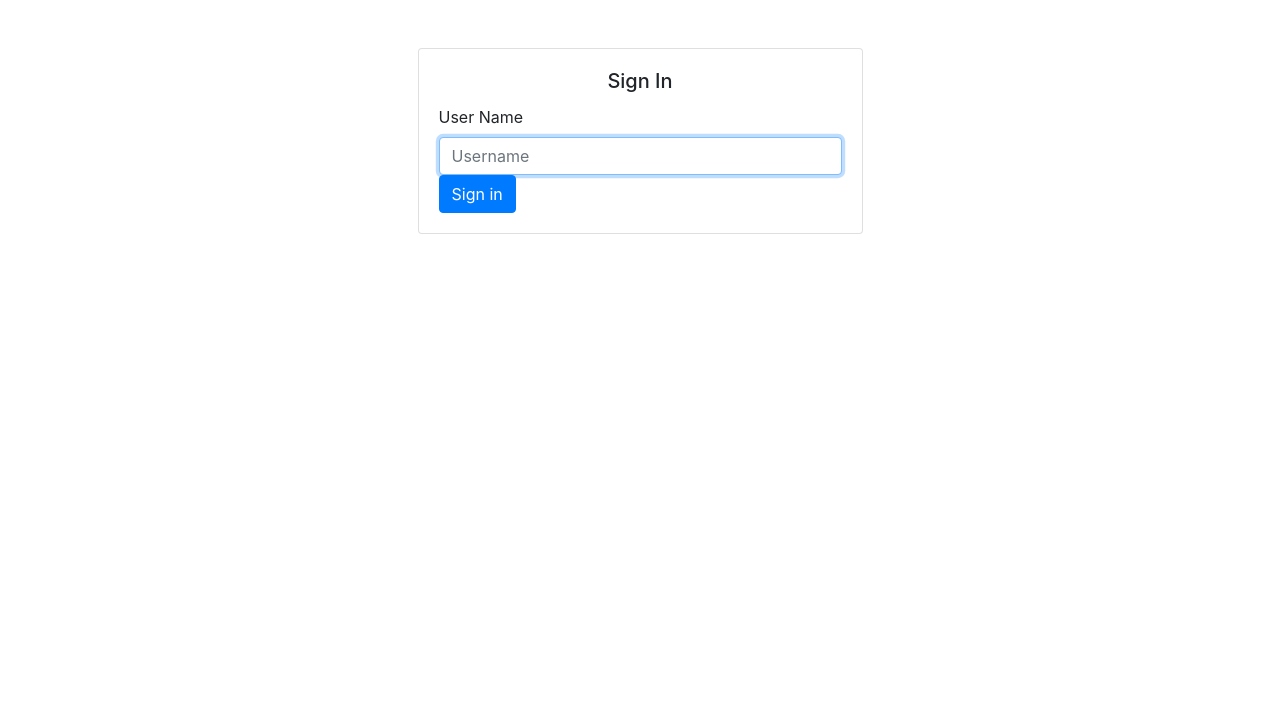
Repository: pravinsakthivel/ecommerce
Page: /
These files come from the project's save history. The page is drawn as it stood at one moment and after the next save; the edit follows.
The browser window is 1280 px wide. The pictures show the whole page.
The project was rebuilt for these pictures with package versions that can differ from the ones it lists, and the page was loaded fresh each time. Also part of the build but not shown: src/components/ProductItem.vue, src/components/UI/ShoppingCartIcon.vue, src/components/UI/NavigationBar.vue, src/components/UI/SearchBar.vue, src/components/ProductDescriptionModal.vue, src/components/ProductList.vue, src/components/PayPalComponent.vue, src/components/PaymentDetails.vue and 5 more.

Above is the page before, as saved 2021-04-10 20:50:55.

After the next save:
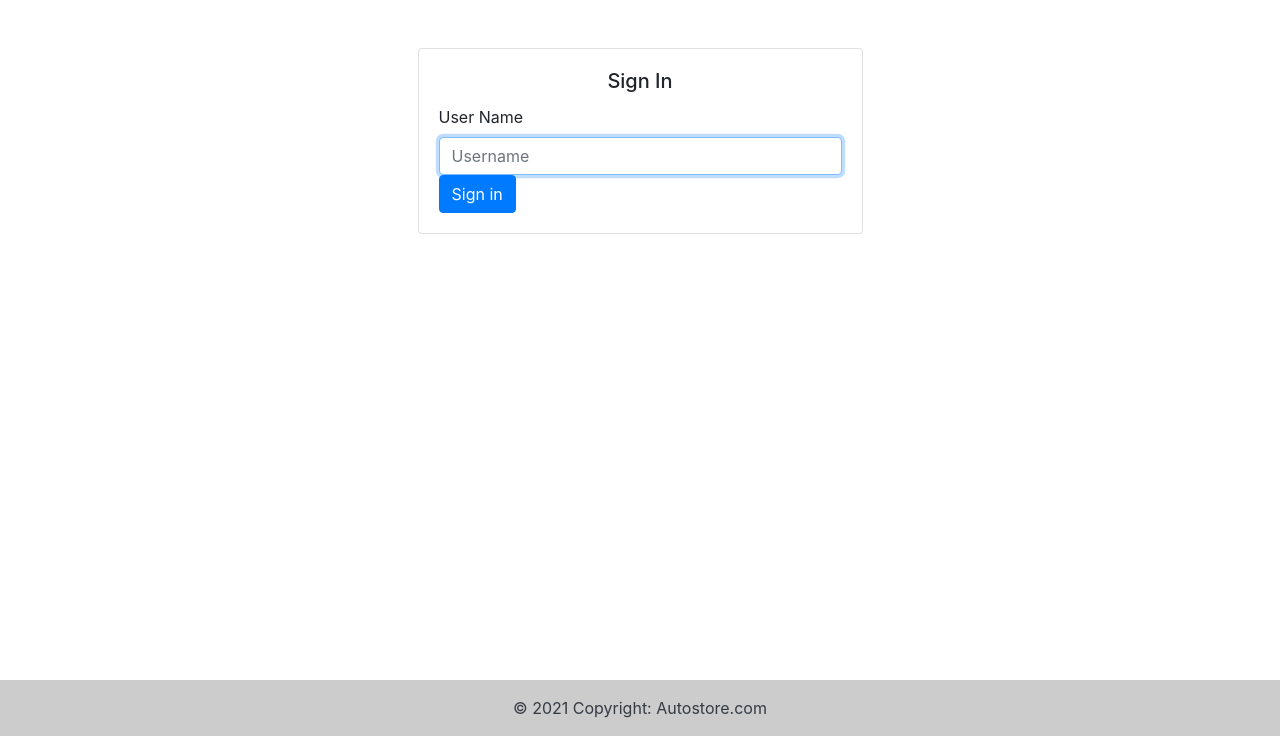
Saved 9 s later.
--- a/public/index.html
+++ b/public/index.html
@@ -40,7 +40,12 @@
       <div id="content-wrap">
         <div id="app"></div>
       </div>
-      <footer id="footer"></footer>
+      <footer id="footer">
+        <div class="text-center text-dark p-3 footer" style="background-color: rgba(0, 0, 0, 0.2);">
+          © 2021 Copyright:
+          <a class="text-dark" href="#">Autostore.com</a>
+        </div>
+      </footer>
     </div>
     <!-- built files will be auto injected -->
   </body>
